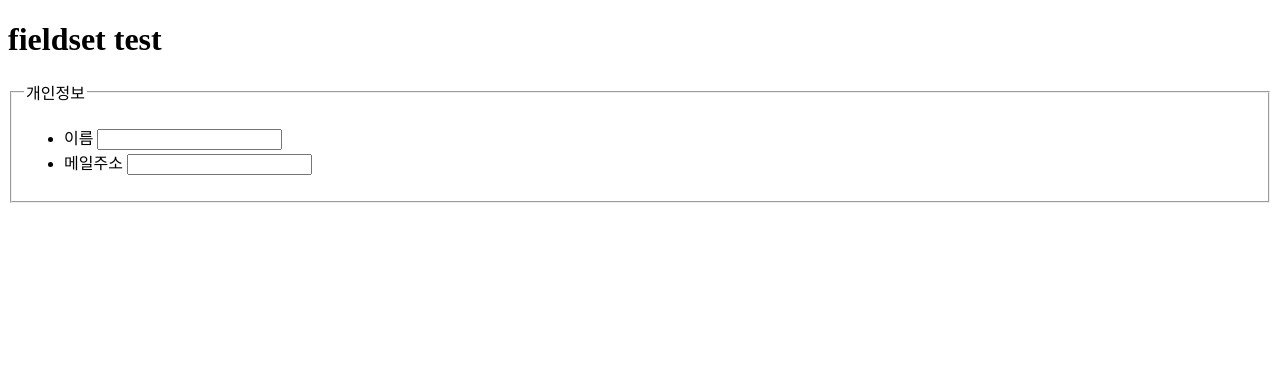
Repository: hyungju2/SSAFY_JavaPractice
Page: 20190211_HTML/web_java/HTMLProject/WebContent/html/FieldSetTest.html
An editor plug-in stored every save of this project. The page is shown before and after the next save, followed by the edit.
The browser window is 1280 px wide. The pictures show the whole page.

Above is the page before, as saved 2019-02-11 06:44:37.

### 20190211_HTML/web_java/HTMLProject/WebContent/html/FieldSetTest.html
<!DOCTYPE html>
<html>
<head>
<meta charset="EUC-KR">
<title>Insert title here</title>
</head>
<body>
	<h1>fieldset test</h1>
	<form method="post" action="welecome.jsp">

		<fieldset>
			<legend> 개인정보</legend>
			<ul>
				<li><label for="name">이름</label> <input type="text" , id="name">
				</li>
				<li><label for="email">메일주소</label> <input type="text"
					, id="email"></li>
			</ul>
		</fieldset>

	</form>

</body>
</html>

After the next save:
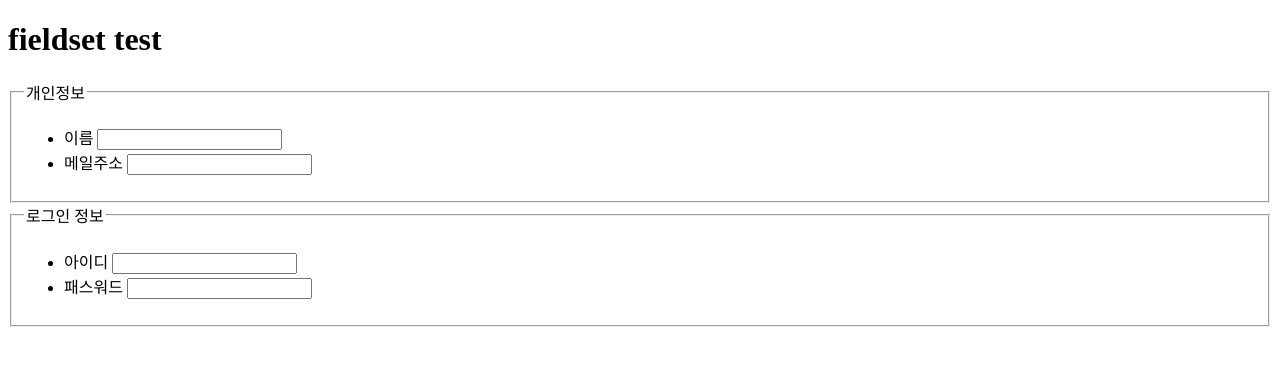
Saved 4 min 28 s later.
--- a/20190211_HTML/web_java/HTMLProject/WebContent/html/FieldSetTest.html
+++ b/20190211_HTML/web_java/HTMLProject/WebContent/html/FieldSetTest.html
@@ -9,7 +9,7 @@
 	<form method="post" action="welecome.jsp">
 
 		<fieldset>
-			<legend> 개인정보</legend>
+			<legend> 개인정보</legend> <!-- Field set안에서 사용되며, 내용을 설명해줌. -->
 			<ul>
 				<li><label for="name">이름</label> <input type="text" , id="name">
 				</li>
@@ -18,6 +18,16 @@
 			</ul>
 		</fieldset>
 
+
+<fieldset>
+			<legend> 로그인 정보</legend> <!-- Field set안에서 사용되며, 내용을 설명해줌. -->
+			<ul>
+				<li><label for="id">아이디</label> <input type="text" , id="id">
+				</li>
+				<li><label for="password">패스워드</label> <input type="password"
+					, id="password"></li>
+			</ul>
+		</fieldset>
 	</form>
 
 </body>
